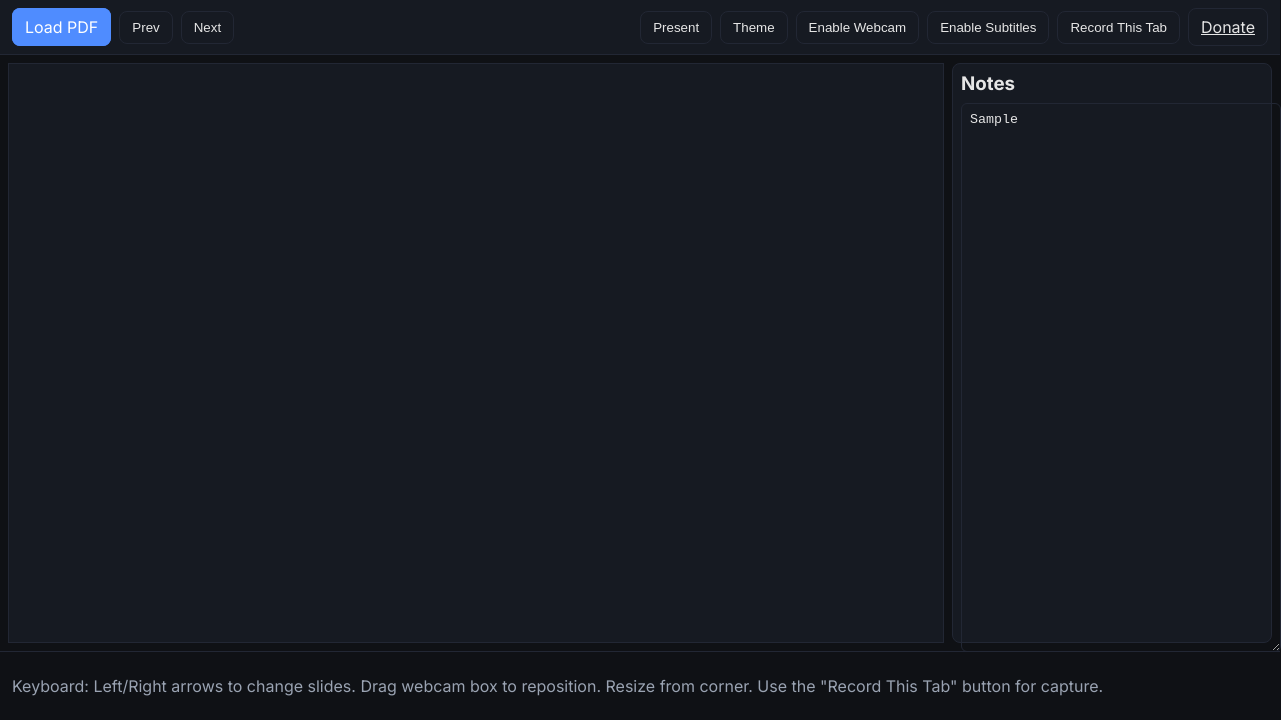
Repository: IBNKHALID06/SlideStage
Page: studio.html
The author's editor kept a copy of each file at every save. The page is drawn from the files as they stood at one save, then again after the next save.
The browser window is 1280 px wide. The page is 1281 px wide, so the pictures cover 1281 px, including what lies to the right of the window. The pictures show the whole page.
Empty fields were first filled with sample values (such as "Sample", 5 or name@example.com).
After loading, the first visible `#subtitlesToggle` was clicked once.

Above is the page before, as saved 2025-11-26 19:25:05.

### studio.html
<!doctype html>
<html lang="en">
<head>
  <meta charset="utf-8" />
  <meta name="viewport" content="width=device-width, initial-scale=1" />
  <title>SlideStage Studio</title>
  <link rel="preconnect" href="https://fonts.googleapis.com">
  <link rel="preconnect" href="https://fonts.gstatic.com" crossorigin>
  <link href="https://fonts.googleapis.com/css2?family=Inter:wght@400;600;700&display=swap" rel="stylesheet">
  <link rel="stylesheet" href="./css/style.css" />
  <!-- pdf.js from CDN -->
  <script src="https://cdnjs.cloudflare.com/ajax/libs/pdf.js/3.11.313/pdf.min.js" integrity="sha512-nFJpi1tJQmCkWkQzVwMZQk8m2Ue3gE+3G5xM2lSBkA+oUTyEku2zF8U3wmtN1oQf3Qj2JxqjvU7bV2ZpR7pYbA==" crossorigin="anonymous" referrerpolicy="no-referrer"></script>
  <script>
    // Configure worker for pdf.js
    if (window['pdfjsLib']) {
      pdfjsLib.GlobalWorkerOptions.workerSrc = 'https://cdnjs.cloudflare.com/ajax/libs/pdf.js/3.11.313/pdf.worker.min.js';
    }
  </script>
</head>
<body class="theme-dark">
  <div class="studio">
    <header class="topbar">
      <div class="left">
        <label class="file-input">
          <input type="file" id="pdfFileInput" accept="application/pdf" />
          <span class="button">Load PDF</span>
        </label>
        <button class="button" id="prevSlide" title="Left Arrow">Prev</button>
        <button class="button" id="nextSlide" title="Right Arrow">Next</button>
        <span id="pageIndicator" class="muted"></span>
      </div>
      <div class="right">
        <button class="button" id="presentToggle">Present</button>
        <button class="button" id="themeToggle">Theme</button>
        <button class="button" id="webcamToggle">Enable Webcam</button>
        <button class="button" id="subtitlesToggle">Enable Subtitles</button>
        <button class="button" id="recordingHelp">Record This Tab</button>
        <a class="button" target="_blank" href="./donate.html">Donate</a>
      </div>
    </header>

    <section class="workspace">
      <div id="slideContainer" class="slides">
        <canvas id="pdfCanvas"></canvas>
        <!-- Webcam overlay -->
        <div id="webcamBox" class="webcam hidden">
          <video id="webcamVideo" autoplay muted playsinline></video>
          <div class="resize-handle" data-dir="se"></div>
        </div>
        <!-- Subtitles overlay -->
        <div id="subtitlesOverlay" class="subtitles hidden" aria-live="polite"></div>
      </div>

      <aside class="notes">
        <h3>Notes</h3>
        <textarea id="notesText" placeholder="Type your speaker notes here (not recorded)"></textarea>
      </aside>
    </section>

    <footer class="help">
      <div class="tips">
        <p>Keyboard: Left/Right arrows to change slides. Drag webcam box to reposition. Resize from corner. Use the "Record This Tab" button for capture.</p>
      </div>
    </footer>
  </div>

  <dialog id="recordDialog">
    <h3>Record This Tab</h3>
    <p>To record slides, webcam, subtitles, cursor, and mic audio, use your browser's built-in tab capture:</p>
    <ol>
      <li>Open Chrome or Edge.</li>
      <li>Click the browser's "Share" icon or use extensions to capture this tab.</li>
      <li>Pick "Record This Tab"; include microphone audio.</li>
      <li>Stop recording to save a .webm file locally.</li>
    </ol>
    <button class="button" id="closeRecordDialog">Close</button>
  </dialog>

  <dialog id="subtitlesDialog">
    <h3>Subtitles (Vosk WASM)</h3>
    <p>Real subtitles require an offline Vosk model. For privacy and offline use, place a small model in <code>assets/models/en/</code>. See instructions on the homepage or README.</p>
    <ol>
      <li>Download a small English model (e.g., <em>vosk-model-small-en-us-0.15</em>).</li>
      <li>Unzip it into <code>assets/models/en/</code> so that <code>model.json</code> is inside that folder.</li>
      <li>Reload the page and click "Enable Subtitles".</li>
    </ol>
    <p>Support development: <a href="https://ko-fi.com/wise_k" target="_blank">ko-fi.com/wise_k</a></p>
    <button class="button" id="closeSubtitlesDialog">Close</button>
  </dialog>

  <script type="module" src="./js/main.js"></script>
</body>
</html>

### css/style.css
/* Base theme variables */
:root {
  --bg: #0f1115;
  --surface: #161a22;
  --text: #e6e6e6;
  --muted: #9aa3b2;
  --primary: #4f8cff;
  --accent: #ff4d6d;
  --border: #222734;
}

:root.theme-light {
  --bg: #f7f7f9;
  --surface: #ffffff;
  --text: #222;
  --muted: #667085;
  --primary: #2659ff;
  --accent: #c62828;
  --border: #e6e8ee;
}

html, body { height: 100%; }
body {
  margin: 0;
  font-family: Inter, system-ui, -apple-system, Segoe UI, Roboto, Arial, sans-serif;
  background: var(--bg);
  color: var(--text);
}

.button {
  background: var(--surface);
  border: 1px solid var(--border);
  color: var(--text);
  padding: 8px 12px;
  border-radius: 8px;
  cursor: pointer;
}
.button.primary { background: var(--primary); border-color: var(--primary); color: white; }
.button:disabled { opacity: 0.6; cursor: not-allowed; }

.muted { color: var(--muted); }
.hidden { display: none !important; }

/* Landing */
.landing { display: grid; place-items: center; height: 100%; gap: 16px; text-align: center; }
.landing h1 { font-size: 42px; margin-bottom: 6px; }
.landing .subtitle { color: var(--muted); }
.landing .cta { display: grid; gap: 12px; }
.landing .links a { color: var(--muted); text-decoration: none; }

/* Studio layout */
.studio { display: grid; grid-template-rows: auto 1fr auto; height: 100vh; }
.topbar { display: flex; justify-content: space-between; align-items: center; padding: 8px 12px; background: var(--surface); border-bottom: 1px solid var(--border); }
.topbar .left, .topbar .right { display: flex; gap: 8px; align-items: center; }
.file-input input { display: none; }
.file-input .button { background: var(--primary); color: #fff; border-color: var(--primary); }

.workspace { display: grid; grid-template-columns: 1fr 320px; gap: 8px; padding: 8px; }
.slides { position: relative; background: var(--surface); border: 1px solid var(--border); display: grid; place-items: center; }
#pdfCanvas { max-width: 100%; width: 100%; height: auto; }

.notes { background: var(--surface); border: 1px solid var(--border); border-radius: 8px; padding: 8px; display: grid; grid-template-rows: auto 1fr; }
.notes h3 { margin: 0 0 8px; }
.notes textarea { width: 100%; height: 100%; resize: vertical; background: transparent; color: var(--text); border: 1px solid var(--border); border-radius: 6px; padding: 8px; }

/* Webcam overlay */
.webcam { position: absolute; right: 16px; bottom: 16px; width: 280px; height: 180px; border: 2px solid var(--border); border-radius: 12px; overflow: hidden; background: #000; box-shadow: 0 6px 24px rgba(0,0,0,0.5); }
.webcam video { width: 100%; height: 100%; object-fit: cover; }
.webcam .resize-handle { position: absolute; width: 16px; height: 16px; right: 0; bottom: 0; background: var(--primary); cursor: se-resize; border-top-left-radius: 6px; }

/* Subtitles */
.subtitles { position: absolute; left: 50%; bottom: 12px; transform: translateX(-50%); background: rgba(0,0,0,0.5); color: #fff; padding: 6px 10px; border-radius: 8px; font-size: 16px; max-width: 80%; text-align: center; backdrop-filter: blur(2px); }

/* Help footer */
.help { padding: 8px 12px; color: var(--muted); border-top: 1px solid var(--border); }

/* Present mode */
.present .topbar, .present .notes, .present .help { display: none; }
.present .workspace { grid-template-columns: 1fr; padding: 0; }
.present .slides { border: none; }

### js/main.js
import { SlideViewer } from './slides.js';
import { WebcamOverlay } from './webcam.js';
import { Subtitles } from './subtitles.js';
import { Settings } from './settings.js';
import { initThemeToggle } from './theme.js';

const els = {
  pdfInput: document.getElementById('pdfFileInput'),
  prev: document.getElementById('prevSlide'),
  next: document.getElementById('nextSlide'),
  indicator: document.getElementById('pageIndicator'),
  canvas: document.getElementById('pdfCanvas'),
  webcamToggle: document.getElementById('webcamToggle'),
  subtitlesToggle: document.getElementById('subtitlesToggle'),
  recordHelp: document.getElementById('recordingHelp'),
  recordDialog: document.getElementById('recordDialog'),
  closeRecordDialog: document.getElementById('closeRecordDialog'),
  notesText: document.getElementById('notesText'),
  themeToggle: document.getElementById('themeToggle'),
};

const settings = new Settings();
initThemeToggle(els.themeToggle, settings);

const slideViewer = new SlideViewer(els.canvas, (page, total) => {
  els.indicator.textContent = total ? `Page ${page} / ${total}` : '';
});

const webcamOverlay = new WebcamOverlay(
  document.getElementById('webcamBox'),
  document.getElementById('webcamVideo'),
  settings
);

const subtitles = new Subtitles(
  document.getElementById('subtitlesOverlay'),
  settings
);

// PDF load
els.pdfInput.addEventListener('change', async (e) => {
  const file = e.target.files?.[0];
  if (!file) return;
  await slideViewer.loadFile(file);
});

// Slide controls
els.prev.addEventListener('click', () => slideViewer.prev());
els.next.addEventListener('click', () => slideViewer.next());
window.addEventListener('keydown', (e) => {
  if (e.key === 'ArrowLeft') slideViewer.prev();
  if (e.key === 'ArrowRight') slideViewer.next();
});

// Webcam toggle
els.webcamToggle.addEventListener('click', async () => {
  if (webcamOverlay.enabled) {
    await webcamOverlay.disable();
    els.webcamToggle.textContent = 'Enable Webcam';
  } else {
    const ok = await webcamOverlay.enable();
    if (ok) els.webcamToggle.textContent = 'Disable Webcam';
  }
});

// Subtitles toggle
els.subtitlesToggle.addEventListener('click', async () => {
  if (subtitles.enabled) {
    await subtitles.disable();
    els.subtitlesToggle.textContent = 'Enable Subtitles';
  } else {
    const ok = await subtitles.enable();
    if (ok) els.subtitlesToggle.textContent = 'Disable Subtitles';
  }
});

// Recording help dialog
els.recordHelp.addEventListener('click', () => {
  els.recordDialog.showModal();
});
els.closeRecordDialog.addEventListener('click', () => {
  els.recordDialog.close();
});

// Persist notes
els.notesText.value = settings.get('notes', '');
els.notesText.addEventListener('input', () => {
  settings.set('notes', els.notesText.value);
});

### js/slides.js
export class SlideViewer {
  constructor(canvas, onPageChange) {
    this.canvas = canvas;
    this.ctx = canvas.getContext('2d');
    this.onPageChange = onPageChange;
    this.pdf = null;
    this.pageNum = 1;
    this.total = 0;
  }

  async loadFile(file) {
    const arrayBuffer = await file.arrayBuffer();
    const loadingTask = pdfjsLib.getDocument({ data: arrayBuffer });
    this.pdf = await loadingTask.promise;
    this.total = this.pdf.numPages;
    this.pageNum = 1;
    await this.render();
  }

  async render() {
    if (!this.pdf) return;
    const page = await this.pdf.getPage(this.pageNum);
    const viewport = page.getViewport({ scale: 1.5 });
    const canvas = this.canvas;
    const ctx = this.ctx;

    canvas.width = viewport.width;
    canvas.height = viewport.height;

    await page.render({ canvasContext: ctx, viewport }).promise;
    this.onPageChange?.(this.pageNum, this.total);
  }

  async next() {
    if (!this.pdf) return;
    if (this.pageNum < this.total) {
      this.pageNum += 1;
      await this.render();
    }
  }

  async prev() {
    if (!this.pdf) return;
    if (this.pageNum > 1) {
      this.pageNum -= 1;
      await this.render();
    }
  }
}

### js/webcam.js
export class WebcamOverlay {
  constructor(boxEl, videoEl, settings) {
    this.boxEl = boxEl;
    this.videoEl = videoEl;
    this.settings = settings;
    this.stream = null;
    this.enabled = false;

    // Restore position/size
    const pos = this.settings.get('webcam.pos');
    if (pos) {
      this.boxEl.style.left = pos.left + 'px';
      this.boxEl.style.top = pos.top + 'px';
      this.boxEl.style.right = 'auto';
      this.boxEl.style.bottom = 'auto';
    }
    const size = this.settings.get('webcam.size');
    if (size) {
      this.boxEl.style.width = size.w + 'px';
      this.boxEl.style.height = size.h + 'px';
    }

    this._bindDrag();
    this._bindResize();
  }

  async enable() {
    try {
      this.stream = await navigator.mediaDevices.getUserMedia({ video: true, audio: false });
      this.videoEl.srcObject = this.stream;
      this.boxEl.classList.remove('hidden');
      this.enabled = true;
      return true;
    } catch (e) {
      alert('Unable to access webcam: ' + e.message);
      return false;
    }
  }

  async disable() {
    if (this.stream) {
      this.stream.getTracks().forEach(t => t.stop());
      this.stream = null;
    }
    this.boxEl.classList.add('hidden');
    this.enabled = false;
  }

  _bindDrag() {
    let dragging = false;
    let startX = 0, startY = 0;
    let origLeft = 0, origTop = 0;

    const onMouseDown = (e) => {
      if (e.target.classList.contains('resize-handle')) return; // skip when resizing
      dragging = true;
      startX = e.clientX; startY = e.clientY;
      const rect = this.boxEl.getBoundingClientRect();
      origLeft = rect.left; origTop = rect.top;
      document.body.style.userSelect = 'none';
    };
    const onMouseMove = (e) => {
      if (!dragging) return;
      const dx = e.clientX - startX;
      const dy = e.clientY - startY;
      const left = origLeft + dx;
      const top = origTop + dy;
      this.boxEl.style.left = left + 'px';
      this.boxEl.style.top = top + 'px';
      this.boxEl.style.right = 'auto';
      this.boxEl.style.bottom = 'auto';
    };
    const onMouseUp = () => {
      if (!dragging) return;
      dragging = false;
      document.body.style.userSelect = '';
      const rect = this.boxEl.getBoundingClientRect();
      this.settings.set('webcam.pos', { left: rect.left, top: rect.top });
    };

    this.boxEl.addEventListener('mousedown', onMouseDown);
    window.addEventListener('mousemove', onMouseMove);
    window.addEventListener('mouseup', onMouseUp);
  }

  _bindResize() {
    let resizing = false;
    let startX = 0, startY = 0;
    let origW = 0, origH = 0;

    const handle = this.boxEl.querySelector('.resize-handle');
    const onMouseDown = (e) => {
      resizing = true;
      startX = e.clientX; startY = e.clientY;
      const rect = this.boxEl.getBoundingClientRect();
      origW = rect.width; origH = rect.height;
      e.stopPropagation();
    };
    const onMouseMove = (e) => {
      if (!resizing) return;
      const dx = e.clientX - startX;
      const dy = e.clientY - startY;
      const w = Math.max(160, origW + dx);
      const h = Math.max(120, origH + dy);
      this.boxEl.style.width = w + 'px';
      this.boxEl.style.height = h + 'px';
    };
    const onMouseUp = () => {
      if (!resizing) return;
      resizing = false;
      const rect = this.boxEl.getBoundingClientRect();
      this.settings.set('webcam.size', { w: rect.width, h: rect.height });
    };

    handle.addEventListener('mousedown', onMouseDown);
    window.addEventListener('mousemove', onMouseMove);
    window.addEventListener('mouseup', onMouseUp);
  }
}

### js/subtitles.js
// Minimal Vosk-in-browser integration placeholder.
// This module wires microphone capture and displays recognized text.
// To keep MVP simple, we provide initialization and UI hooks,
// and allow selecting a model URL or loading local model files in future iterations.

export class Subtitles {
  constructor(overlayEl, settings) {
    this.overlayEl = overlayEl;
    this.settings = settings;
    this.enabled = false;
    this.stream = null;
    this.audioCtx = null;
    this.processor = null;
    this.recognizer = null; // Vosk recognizer instance (to be initialized)
  }

  async enable() {
    // Lazy initialize mic and WASM recognizer.
    try {
      // Mic capture
      this.stream = await navigator.mediaDevices.getUserMedia({ audio: true, video: false });
      this.audioCtx = new (window.AudioContext || window.webkitAudioContext)();
      const source = this.audioCtx.createMediaStreamSource(this.stream);
      // Use ScriptProcessor as a simple bridge for MVP (deprecated, but widely available)
      this.processor = this.audioCtx.createScriptProcessor(4096, 1, 1);
      source.connect(this.processor);
      this.processor.connect(this.audioCtx.destination);

      // Placeholder recognizer pipeline: no-op transcription
      // In a follow-up step, we will load Vosk WASM and a small model.
      // For now, display a simple live level indicator to validate audio path.
      const analyser = this.audioCtx.createAnalyser();
      analyser.fftSize = 2048;
      source.connect(analyser);
      const data = new Uint8Array(analyser.fftSize);

      const loop = () => {
        if (!this.enabled) return;
        analyser.getByteTimeDomainData(data);
        // Compute rough RMS
        let sum = 0;
        for (let i = 0; i < data.length; i++) {
          const v = (data[i] - 128) / 128;
          sum += v * v;
        }
        const rms = Math.sqrt(sum / data.length);
        this.overlayEl.textContent = rms > 0.02 ? 'Listening…' : '';
        requestAnimationFrame(loop);
      };
      this.enabled = true;
      this.overlayEl.classList.remove('hidden');
      loop();
      return true;
    } catch (e) {
      alert('Unable to access microphone: ' + e.message);
      return false;
    }
  }

  async disable() {
    this.enabled = false;
    if (this.processor) {
      try { this.processor.disconnect(); } catch {}
      this.processor = null;
    }
    if (this.audioCtx) {
      try { await this.audioCtx.close(); } catch {}
      this.audioCtx = null;
    }
    if (this.stream) {
      this.stream.getTracks().forEach(t => t.stop());
      this.stream = null;
    }
    this.overlayEl.classList.add('hidden');
    this.overlayEl.textContent = '';
  }
}

### js/settings.js
export class Settings {
  get(key, fallback = null) {
    try {
      const raw = localStorage.getItem('slidestage:' + key);
      if (raw == null) return fallback;
      return JSON.parse(raw);
    } catch (e) {
      return fallback;
    }
  }
  set(key, value) {
    try {
      localStorage.setItem('slidestage:' + key, JSON.stringify(value));
    } catch (e) {
      // ignore
    }
  }
}

### js/theme.js
export function initThemeToggle(btn, settings) {
  const apply = (mode) => {
    document.documentElement.classList.remove('theme-dark', 'theme-light');
    document.documentElement.classList.add(mode === 'light' ? 'theme-light' : 'theme-dark');
    settings.set('theme', mode);
  };
  const saved = settings.get('theme', 'dark');
  apply(saved);
  if (btn) {
    btn.addEventListener('click', () => {
      const current = settings.get('theme', 'dark');
      apply(current === 'dark' ? 'light' : 'dark');
    });
  }
}

After the next save:
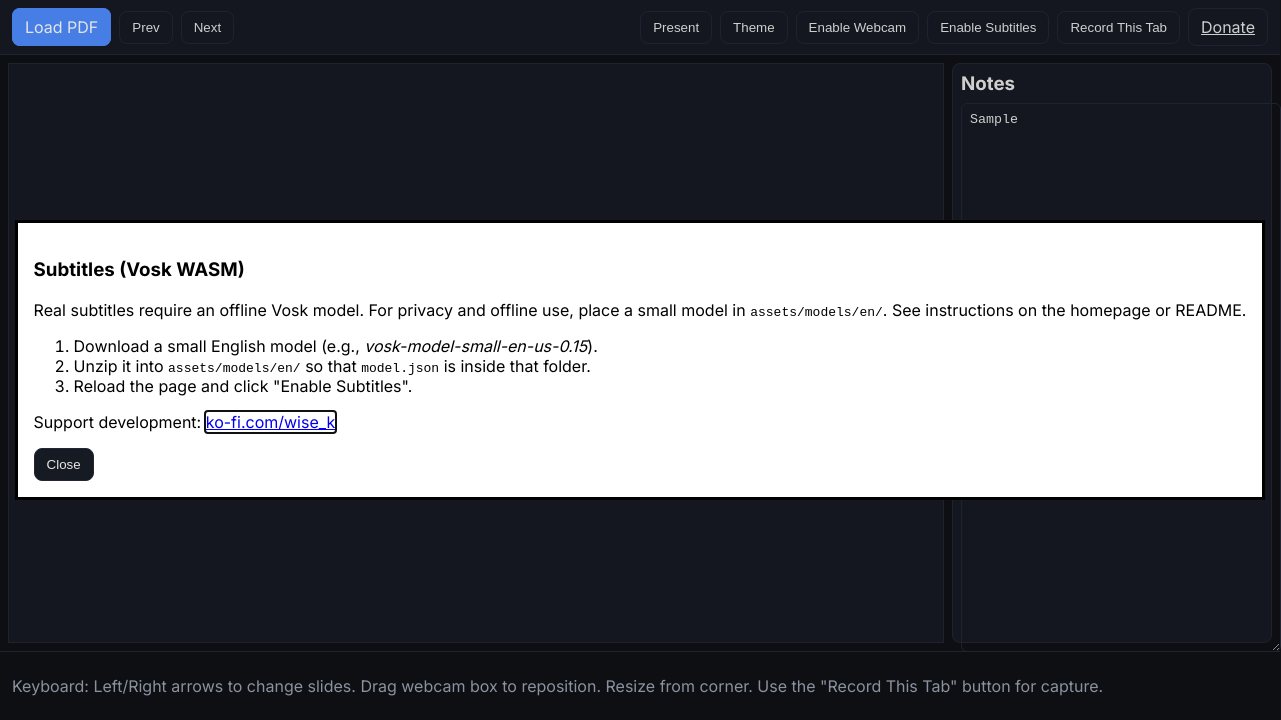
Saved 11 s later.
--- a/js/main.js
+++ b/js/main.js
@@ -17,6 +17,9 @@ const els = {
   closeRecordDialog: document.getElementById('closeRecordDialog'),
   notesText: document.getElementById('notesText'),
   themeToggle: document.getElementById('themeToggle'),
+  presentToggle: document.getElementById('presentToggle'),
+  subtitlesDialog: document.getElementById('subtitlesDialog'),
+  closeSubtitlesDialog: document.getElementById('closeSubtitlesDialog'),
 };
 
 const settings = new Settings();
@@ -71,6 +74,10 @@ els.subtitlesToggle.addEventListener('click', async () => {
   } else {
     const ok = await subtitles.enable();
     if (ok) els.subtitlesToggle.textContent = 'Disable Subtitles';
+    else {
+      // Show instructions if not available
+      els.subtitlesDialog?.showModal?.();
+    }
   }
 });
 
@@ -81,9 +88,19 @@ els.recordHelp.addEventListener('click', () => {
 els.closeRecordDialog.addEventListener('click', () => {
   els.recordDialog.close();
 });
+els.closeSubtitlesDialog?.addEventListener('click', () => {
+  els.subtitlesDialog.close();
+});
 
 // Persist notes
 els.notesText.value = settings.get('notes', '');
 els.notesText.addEventListener('input', () => {
   settings.set('notes', els.notesText.value);
 });
+
+// Present mode
+els.presentToggle.addEventListener('click', () => {
+  document.querySelector('.studio')?.classList.toggle('present');
+  const active = document.querySelector('.studio')?.classList.contains('present');
+  els.presentToggle.textContent = active ? 'Exit Present' : 'Present';
+});
